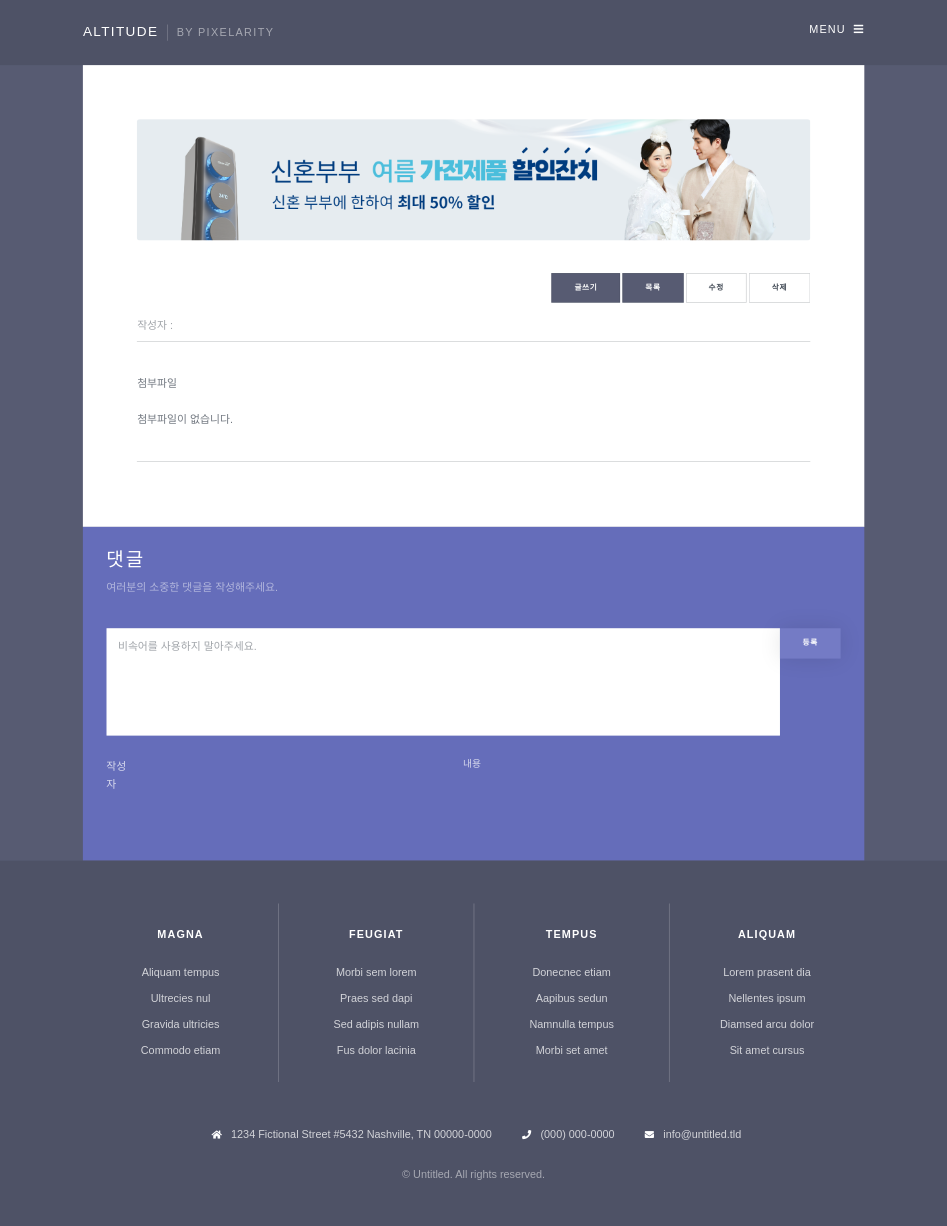
Repository: kkkukkk/Study-JSP
Page: http://localhost/boardMVC/app/board/boardDetail.jsp
These files come from the project's save history. The page is drawn as it stood at one moment and after the next save; the edit follows.
The browser window is 1280 px wide. The pictures show the whole page, at 74% of full size.
Some web fonts or font styles are not loaded; a fallback is used. The page is served by Tomcat 9.

Above is the page before, as saved 2022-02-25 02:41:25.

After the next save:
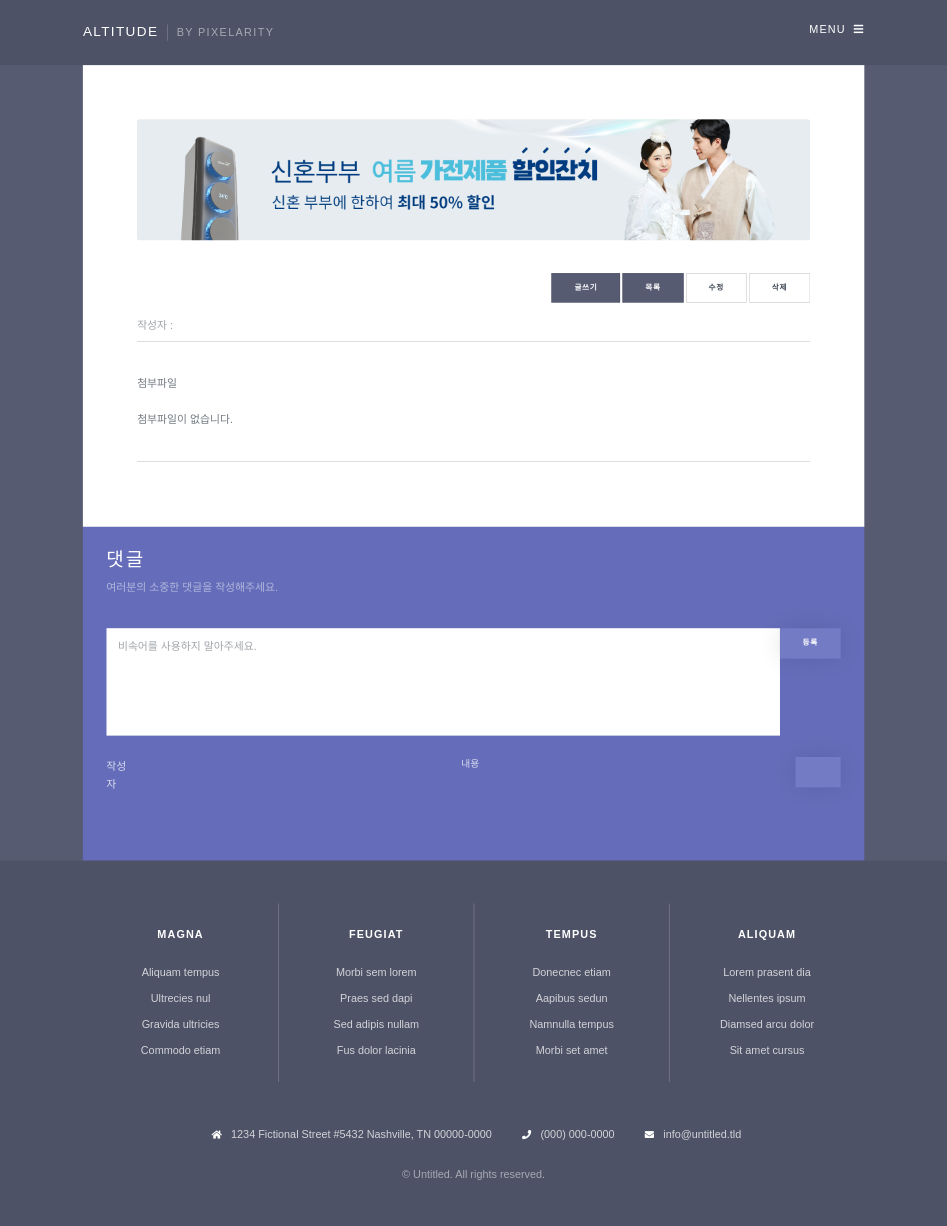
Saved 54 s later.
--- a/workspace/boardMVC/WebContent/app/board/boardDetail.jsp
+++ b/workspace/boardMVC/WebContent/app/board/boardDetail.jsp
@@ -119,6 +119,7 @@
                         				내용
                         			</pre>
                         		</div>
+                        		<input type="button" class="primary">
                         	</div>
                         </form>
                      </section>
